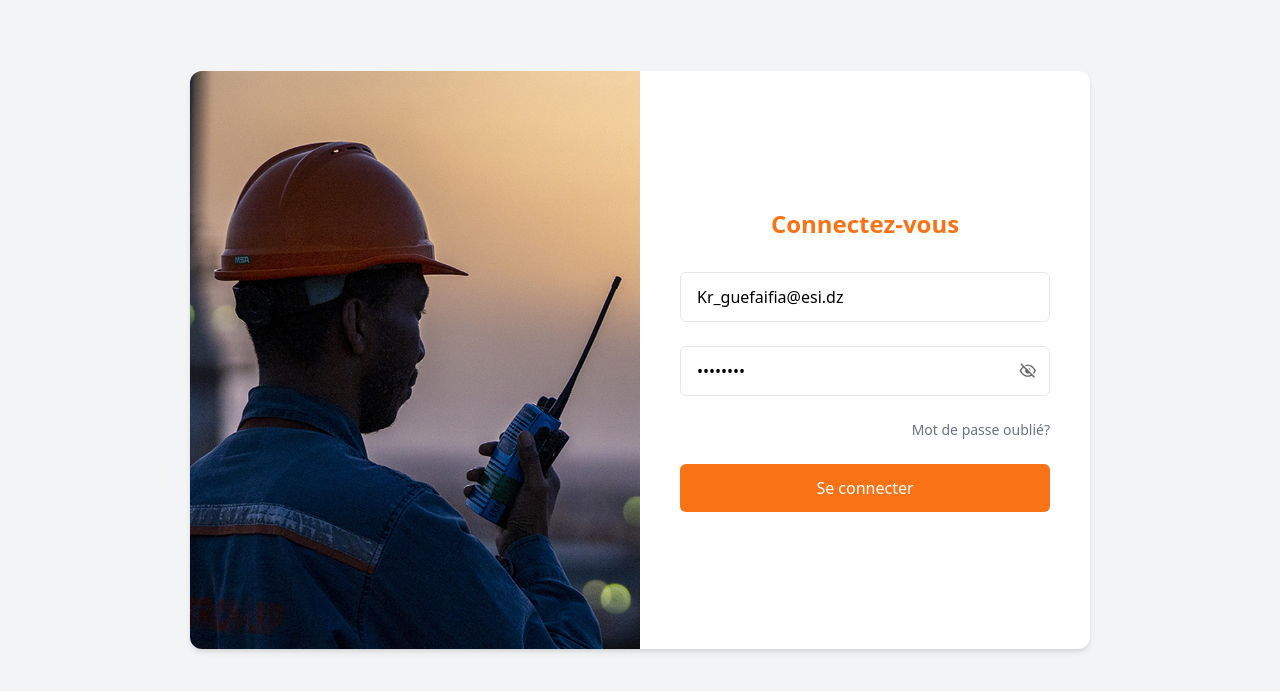
Repository: 123455675848484848484884848484/Projet_2cs
Page: / (app in front/)
The author's editor kept a copy of each file at every save. The page is drawn from the files as they stood at one save, then again after the next save.
The browser window is 1280 px wide. The pictures show the whole page.
The project was rebuilt for these pictures with package versions that can differ from the ones it lists, and the page was loaded fresh each time. Also part of the build but not shown: front/src/App.css.

Above is the page before, as saved 2025-04-17 21:05:54.

After the next save:
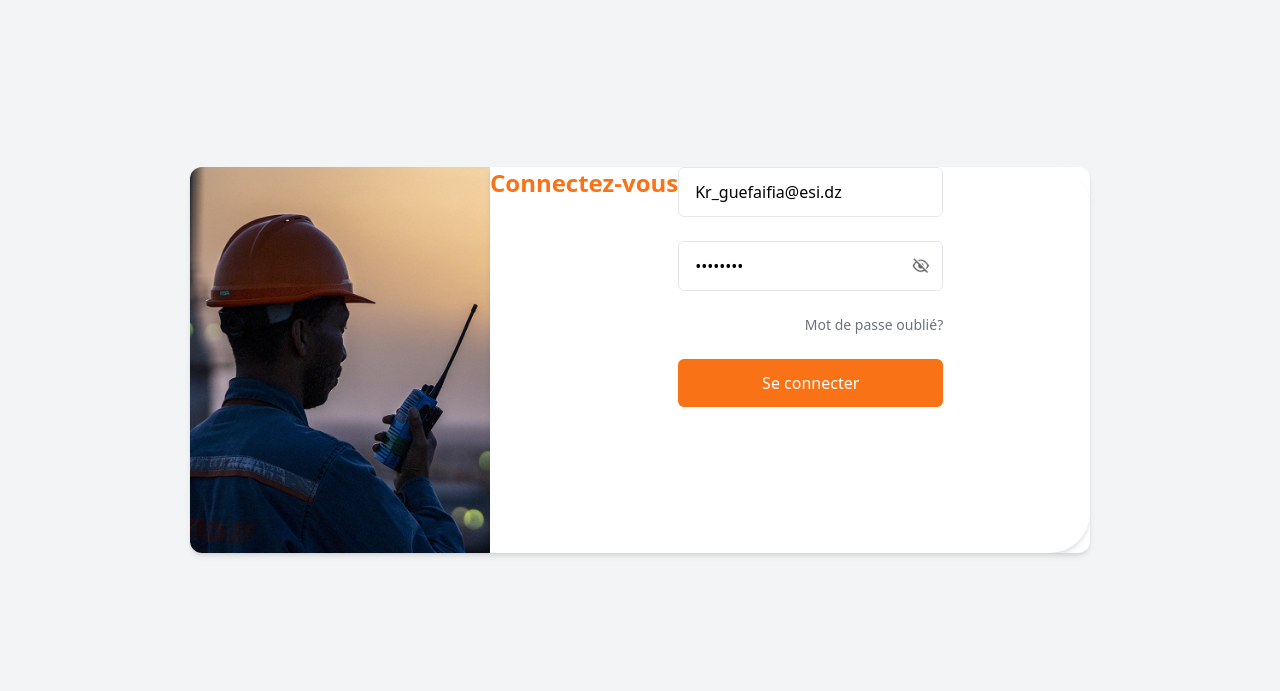
Saved 2 min 15 s later.
--- a/front/src/Login.jsx
+++ b/front/src/Login.jsx
@@ -1,64 +1,98 @@
-// Login.jsx
 import React, { useState } from "react";
 
 const Login = () => {
   const [showPassword, setShowPassword] = useState(false);
+  const [email, setEmail] = useState("Kr_guefaifia@esi.dz");
+  const [error, setError] = useState("");
+
+  const handleSubmit = (e) => {
+    e.preventDefault();
+    if (!email.includes("@")) {
+      setError("L'adresse email doit contenir un '@'");
+      return;
+    }
+    setError("");
+    alert("Connexion réussie !");
+  };
 
   return (
     <div className="min-h-screen flex items-center justify-center bg-gray-100">
       <div className="bg-white rounded-xl overflow-hidden shadow-md flex w-[900px]">
+        {/* Image gauche */}
         <div className="w-1/2">
           <img
             src="/login.png"
             alt="worker"
             className="h-full w-full object-cover"
+            id="login-image"
           />
         </div>
 
-        {/* Formulaire à droite */}
-        <div className="w-1/2 flex flex-col justify-center px-10 py-12">
-          <h2 className="text-2xl font-bold text-orange-500 mb-8 text-center">
+        {/* Formulaire */}
+        <div className="overflow-hidden shadow-md flex w-[900px] rounded-r-[40px]">          <h2
+            className="text-2xl font-bold text-orange-500 mb-8 text-center"
+            id="login-title"
+          >
             Connectez-vous
           </h2>
 
-          <form className="space-y-6">
-            <input
-              type="email"
-              placeholder="Email"
-              defaultValue="Kr_guefaifia@esi.dz"
-              className="w-full px-4 py-3 border rounded-md focus:outline-none focus:ring-2 focus:ring-orange-400"
-            />
+          <form className="space-y-6" onSubmit={handleSubmit} id="login-form">
+            {/* Email */}
+            <div>
+              <label htmlFor="email-input" className="sr-only">Email</label>
+              <input
+                id="email-input"
+                type="email"
+                placeholder="Email"
+                value={email}
+                onChange={(e) => setEmail(e.target.value)}
+                className="w-full px-4 py-3 border rounded-md focus:outline-none focus:ring-2 focus:ring-orange-400"
+              />
+              {error && (
+                <p className="text-red-500 text-sm mt-1" id="email-error">
+                  {error}
+                </p>
+              )}
+            </div>
 
+            {/* Mot de passe */}
             <div className="relative">
+              <label htmlFor="password-input" className="sr-only">Mot de passe</label>
               <input
+                id="password-input"
                 type={showPassword ? "text" : "password"}
                 placeholder="Mot de passe"
                 defaultValue="password"
                 className="w-full px-4 py-3 border rounded-md focus:outline-none focus:ring-2 focus:ring-orange-400"
               />
               <span
-  onClick={() => setShowPassword(!showPassword)}
-  className="absolute inset-y-0 right-3 flex items-center cursor-pointer"
->
-  {showPassword ? (
-    <span className="text-gray-500 text-lg">👁️</span>
-  ) : (
-    <img
-      src="/icon.png"
-      alt="hidden"
-      className="w-5 h-5"
-    />
-  )}
-</span>
+                id="toggle-password-visibility"
+                onClick={() => setShowPassword(!showPassword)}
+                className="absolute inset-y-0 right-3 flex items-center cursor-pointer"
+              >
+                {showPassword ? (
+                  <span className="text-gray-500 text-lg">👁️</span>
+                ) : (
+                  <img
+                    src="/icon.png"
+                    alt="hidden"
+                    className="w-5 h-5"
+                    id="hidden-icon"
+                  />
+                )}
+              </span>
             </div>
 
+            {/* Lien oublié */}
             <div className="text-right text-sm text-gray-500">
-              <a href="#" className="hover:underline">
+              <a href="#" className="hover:underline" id="forgot-password-link">
                 Mot de passe oublié?
               </a>
             </div>
 
+            {/* Bouton */}
             <button
+              id="submit-login-button"
               type="submit"
               className="w-full bg-orange-500 hover:bg-orange-600 text-white font-medium py-3 rounded-md transition"
             >

After the save that followed:
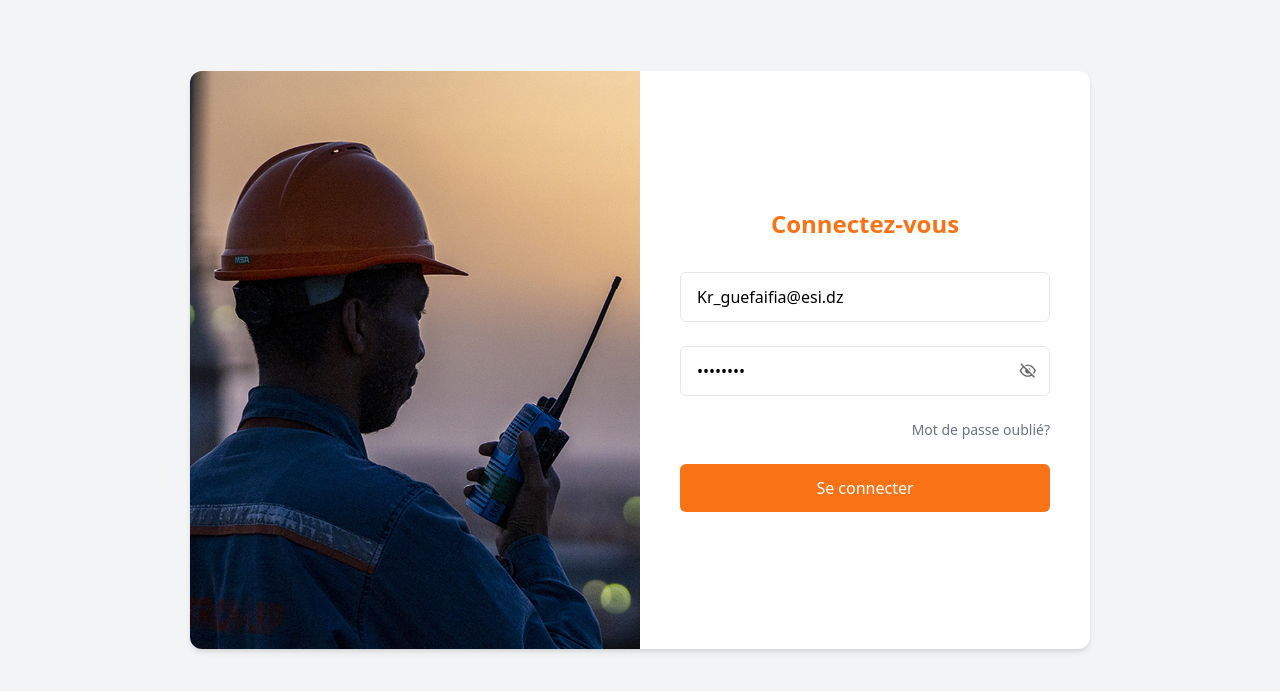
Saved 15 s later.
--- a/front/src/Login.jsx
+++ b/front/src/Login.jsx
@@ -29,7 +29,8 @@
         </div>
 
         {/* Formulaire */}
-        <div className="overflow-hidden shadow-md flex w-[900px] rounded-r-[40px]">          <h2
+        <div className="w-1/2 flex flex-col justify-center px-10 py-12">
+          <h2
             className="text-2xl font-bold text-orange-500 mb-8 text-center"
             id="login-title"
           >
